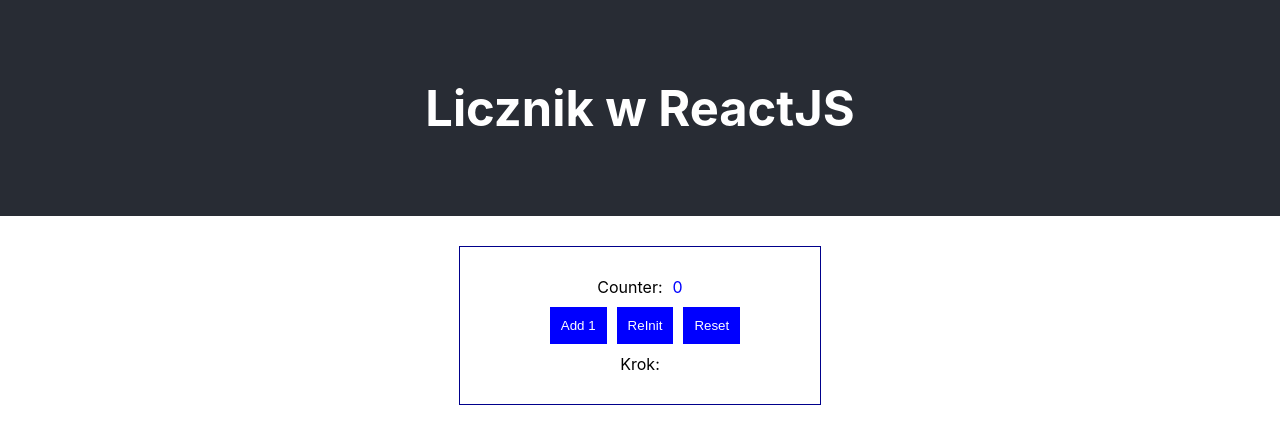
Repository: magdaf41/react-counter-app
Page: /
These files come from the project's save history. The page is drawn as it stood at one moment and after the next save; the edit follows.
The browser window is 1280 px wide. The pictures show the whole page.
The project was rebuilt for these pictures with package versions that can differ from the ones it lists, and the page was loaded fresh each time.

Above is the page before, as saved 2020-10-06 20:13:00.

After the next save:
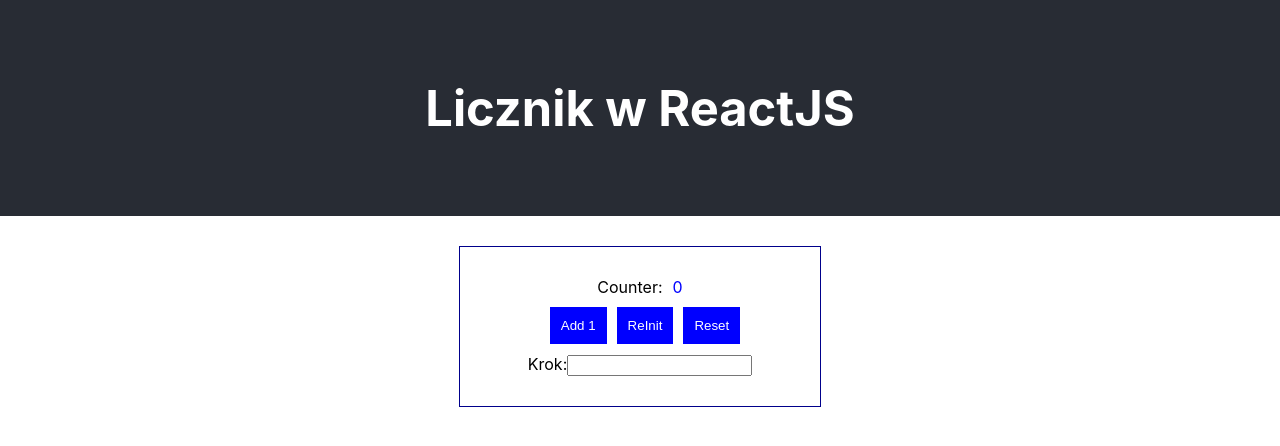
Saved 111 s later.
--- a/src/Step.js
+++ b/src/Step.js
@@ -7,7 +7,7 @@ function Step(props) {
     return(
 
         <span>
-            Krok:{props.stepValue}
+            Krok:<input type="number" />
         </span>
     );
 }
